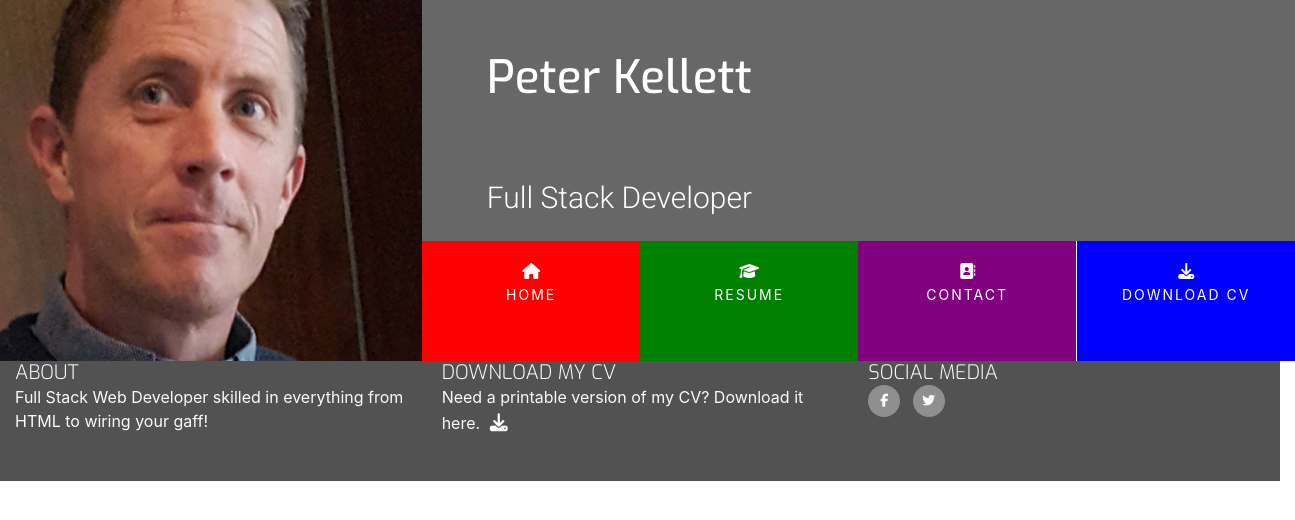
Repository: PeterKellett/ucd-resume
Page: index.html
The author's editor kept a record of every edit. The page is drawn from the files as they stood at one moment, then again after the next edit.
The browser window is 1280 px wide. The page is 1295 px wide, so the pictures cover 1295 px, including what lies to the right of the window. The pictures show the whole page.
Some web libraries are served in a nearby version.

Above is the page before.

### index.html
<!DOCTYPE html>
<html lang="en">

<head>
    <meta charset="UTF-8">
    <meta name="viewport" content="width=device-width, initial-scale=1.0">
    <meta http-equiv="X-UA-Compatible" content="ie=edge">
    <link rel="stylesheet" href="" type="text/css" />
    <link rel="stylesheet" href="https://stackpath.bootstrapcdn.com/bootstrap/4.3.1/css/bootstrap.min.css" integrity="sha384-ggOyR0iXCbMQv3Xipma34MD+dH/1fQ784/j6cY/iJTQUOhcWr7x9JvoRxT2MZw1T" crossorigin="anonymous">
    <script src="https://kit.fontawesome.com/5522ae6586.js"></script>
    <link rel="stylesheet" href="https://cdnjs.cloudflare.com/ajax/libs/hover.css/2.3.1/css/hover-min.css" type="text/css" />

    <link rel="stylesheet" href="assets/css/style.css" type="text/css" />
    <title>Peter</title>
</head>

<body>
    <!--header-->
    <header>
        <div class="row">
            <a href="index.html" class="col-md-4 logo"></a>
            <div class="col-md-8">
                <div class="row bg-color-name-title">
                    <div class="col heading">
                        <h1 class="name">Peter Kellett</h1>
                    </div>
                </div>
                <div class="row bg-color-name-title">
                    <div class="col heading">
                        <h2 class="title">Full Stack Developer</h2>
                    </div>
                </div>
                <div class="row menucontainer">
                    <a href="index.html" class="col-6 col-sm-3 tab-home hvr-sweep-to-bottom">
                        <i class="fas fa-home" aria-hidden="true"></i>
                        <span> Home</span>
                    </a>
                    <a href="resume.html" class="col-6 col-sm-3 tab-resume hvr-sweep-to-bottom">
                        <i class="fas fa-graduation-cap" aria-hidden="true"></i>
                        <span> Resume</span>
                    </a>
                    <a href="contact.html" class="col-6 col-sm-3 tab-contact hvr-sweep-to-bottom">
                        <i class="fas fa-address-book" aria-hidden="true"></i>
                        <span> Contact</span>
                    </a>
                    <a href="" class="col-6 col-sm-3 tab-cv hvr-sweep-to-bottom">
                        <i class="fas fa-download" aria-hidden="true"></i>
                        <span> Download CV</span>
                    </a>
                </div>
            </div>
        </div>
    </header>
    <!--End header-->

    <!--section-->
    <section>

    </section>
    <!--End section-->

    <!--footer-->
    <footer class="container-fluid">
        <div class="row">
            <div class="col-sm-4">
                <h5 class="uppercase general-sub">About</h5>
                <p class="inline-block">Full Stack Web Developer skilled in everything from HTML to wiring your gaff!</p>
            </div>
            <div class="col-sm-4">
                <h5 class="uppercase general-sub">Download my CV</h5>
                 <p class="inline-block">Need a printable version of my CV? Download it here.
                 <a href="#" target="_blank" class="cv-pdf">
                     <i class="fa fa-download" aria-hidden="true"></i>
                     <span class="sr-only">Download link.</span>
                 </a></p>
            </div>
            <div class="col-sm-4">
                <h5 class="uppercase general-sub">Social Media</h5>
                <ul class="list-inline social-links">
                    <li class="list-inline-item">
                        <a href="#" target="_blank">
                            <i class="fa fa-facebook" aria-hidden="true"></i>
                            <span class="sr-only">Facebook</span>
                        </a>
                    </li>
                    <li class="list-inline-item">
                        <a href="#" target="_blank">
                            <i class="fa fa-twitter" aria-hidden="true"></i>
                            <span class="sr-only">Twitter</span>
                        </a>
                    </li>
                </ul>
            </div>
        </div>

    </footer>
    <!--End footer-->
</body>

</html>

### assets/css/style.css
@import url('https://fonts.googleapis.com/css?family=Roboto:100,200,300,400,500,600,700|Exo:100,200,300,400,500,600,700');

/*-----------------------------------Header--------*/

header {
    margin: 0;
}

.heading {
    margin-left: 50px;
}

.heading .name {
    font-family: "Exo", sans-serif;
    font-weight: 500;
    font-size: 46px;
    margin-top: 50px;
    margin-bottom: 50px;
    color: #ffffff;
}

.heading .title {
    font-family: "Roboto", sans-serif;
    font-weight: 300;
    font-size: 30px;
    margin-top: 25px;
    margin-bottom: 25px;
    color: #ffffff;
}

/*------------------------------------Headings--------------------*/

h1,
h2,
h3,
h4,
h5 {
    margin: 0;
}

/*---------------------------------General-------------------------*/
.uppercase {
    text-transform: uppercase;
}

.general-sub {
    font-family: "Exo", sans-serif;
    font-weight: 300;
    color: #fafafa;
}

.inline-block {
    display: inline-block;
}
/*--------------------------------Containers------------*/

.menucontainer {
    height: 120px;
    text-align: center;
    padding: 0;
}

.tab-home {
    background-color: red;
    color: #ffffff;
}

.tab-resume {
    background-color: green;
    color: #ffffff;
}

.tab-contact {
    background-color: purple;
    color: #ffffff;
}

.tab-cv {
    background-color: blue;
    color: #ffffff;
}


/*-------------------------------Colors----------*/

.bg-color-name-title {
    background-color: #676767;
}

/*---------------Logo----------*/

.logo {
    background: url("../images/profile_pic.png");
    background-position: center;
    background-repeat: no-repeat;
    background-size: cover;
    min-height: 360px;
    padding: 0;
    transition: all .5s ease-in-out;
    -moz-transition: all .5s ease-in-out;
    /*browser prefix*/
    -webkit-transition: all .5s ease-in-out;
    /*vendor prefix*/
    -o-transition: all .5s ease-in-out;
}

/*-------------------------------------Links----------------------*/

a:hover {
    text-decoration: none;
    font-weight: bold;
}

.menucontainer a i {
    padding-top: 22px;
    display: block;
    color: #fafafa;
}

.menucontainer a span {
    display: block;
    width: 100%;
    padding-top: 5px;
    text-transform: uppercase;
    font-size: 14px;
    font-weight: 400;
    letter-spacing: 2px;
}


/*-------------------------------FX Hover------------------------*/

.hvr-sweep-to-bottom:before {
    background-color: rgba(0, 0, 0, 0.2);
    height: 120px;
    padding: 0;
}


/*-------------------------------Footer-----------------------------*/
footer {
    background-color: #525252;
    color: #fafafa;
    min-height: 120px;
    margin: 0;
}

.cv-pdf {
    font-size: 18px;
    color: #fafafa;
    text-align: center;
    padding-left: 5px;
    transition: all 0.35s ease-in-out;
    -moz-transition: all 0.35s ease-in-out;
    -webkit-transition: all 0.35s ease-in-out;
    -o-transition: all 0.35s ease-in-out;
}

.cv-pdf i:hover {
    color: #e84610;
}

.social-links {
    padding-bottom: 15px;
}

.social-links li a i {
    width: 32px;
    height: 32px;
    padding: 12px 0;
    border-radius: 50%;
    font-size: 13px;
    line-height: 7px;
    text-align: center;
    color: #fafafa;
    background-color: #8f8f8f;
    -moz-transition: all 0.35s ease-in-out;
    -webkit-transition: all 0.35s ease-in-out;
    -o-transition: all 0.35s ease-in-out;
}

.social-links li a i:hover {
    background-color: #e84610;
}

After the next edit:
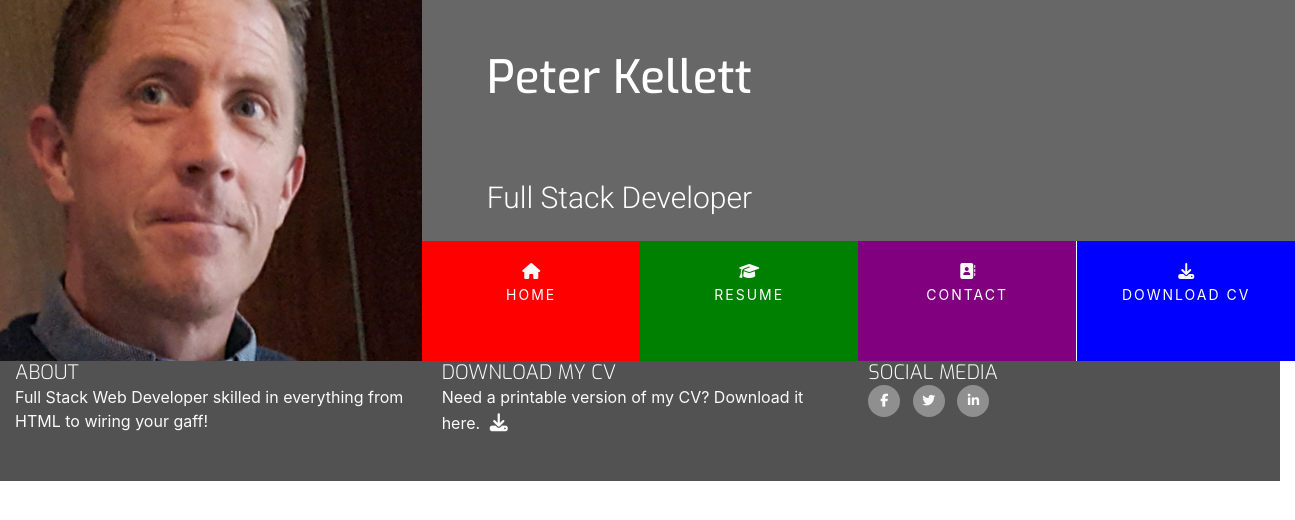
The edit:
--- a/index.html
+++ b/index.html
@@ -89,6 +89,12 @@
                             <span class="sr-only">Twitter</span>
                         </a>
                     </li>
+                    <li class="list-inline-item">
+                        <a href="#" target="_blank">
+                            <i class="fa fa-linkedin" aria-hidden="true"></i>
+                            <span class="sr-only">LinkedIn</span>
+                        </a>
+                    </li>
                 </ul>
             </div>
         </div>
